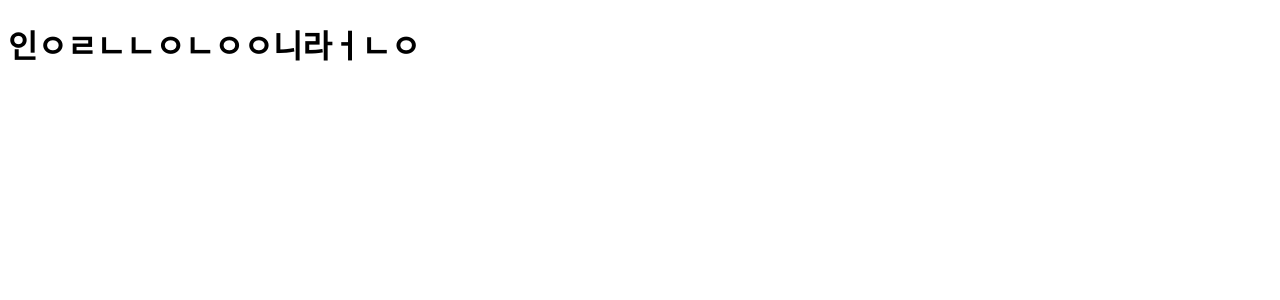
Repository: dongminjang24/java_jsp
Page: html/workspace/day01/src/main/webapp/hello.html
The author's editor kept a copy of each file at every save. The page is drawn from the files as they stood at one save, then again after the next save.
The browser window is 1280 px wide. The pictures show the whole page.

Above is the page before, as saved 2023-08-18 15:43:41.

### html/workspace/day01/src/main/webapp/hello.html
<!DOCTYPE html>
<html>
<head>
<meta charset="UTF-8">
<title>Insert title here</title>
</head>
<body>
	<h1>인ㅇㄹㄴㄴㅇㄴㅇㅇ니라ㅓㄴㅇ</h1>
</body>
</html>

After the next save:
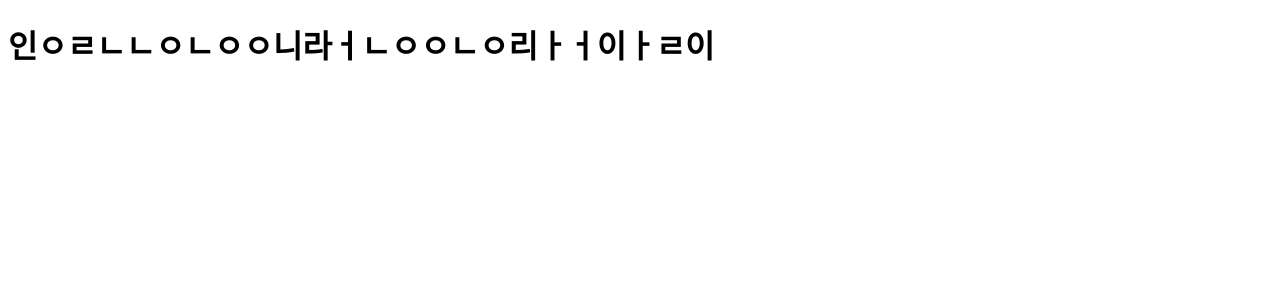
Saved 7 min 26 s later.
--- a/html/workspace/day01/src/main/webapp/hello.html
+++ b/html/workspace/day01/src/main/webapp/hello.html
@@ -5,6 +5,6 @@
 <title>Insert title here</title>
 </head>
 <body>
-	<h1>인ㅇㄹㄴㄴㅇㄴㅇㅇ니라ㅓㄴㅇ</h1>
+	<h1>인ㅇㄹㄴㄴㅇㄴㅇㅇ니라ㅓㄴㅇㅇㄴㅇ리ㅏㅓ이ㅏㄹ이</h1>
 </body>
 </html>
